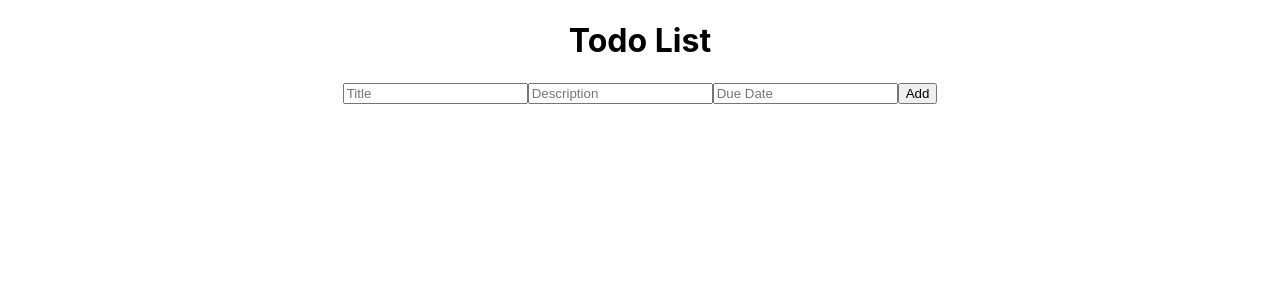
Repository: Juan-Christian-2711/todo
Page: / (app in frontend/)
These files come from the project's save history. The page is drawn as it stood at one moment and after the next save; the edit follows.
The browser window is 1280 px wide. The pictures show the whole page.
The project was rebuilt for these pictures with package versions that can differ from the ones it lists, and the page was loaded fresh each time.

Above is the page before, as saved 2024-03-29 14:47:06.

After the next save:
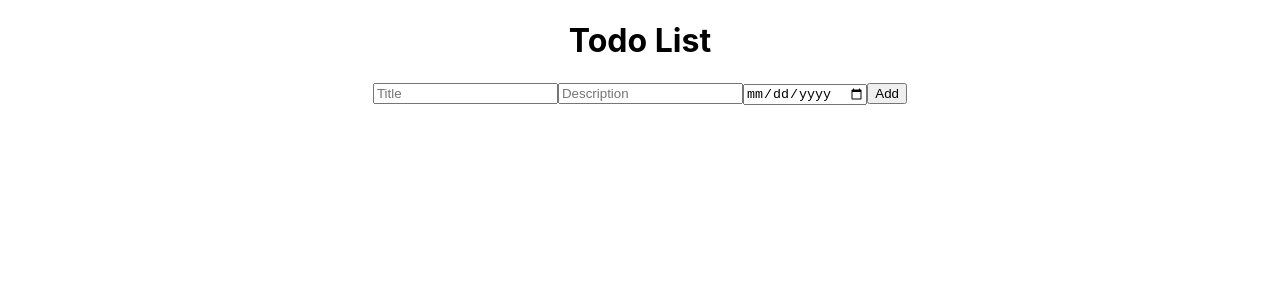
Saved 4 s later.
--- a/frontend/src/App.js
+++ b/frontend/src/App.js
@@ -38,7 +38,7 @@ function App() {
           onChange={handleChange}
         />
         <input
-          type="text"
+          type="date"
           placeholder="Due Date"
           value={inputValue}
           onChange={handleChange}
